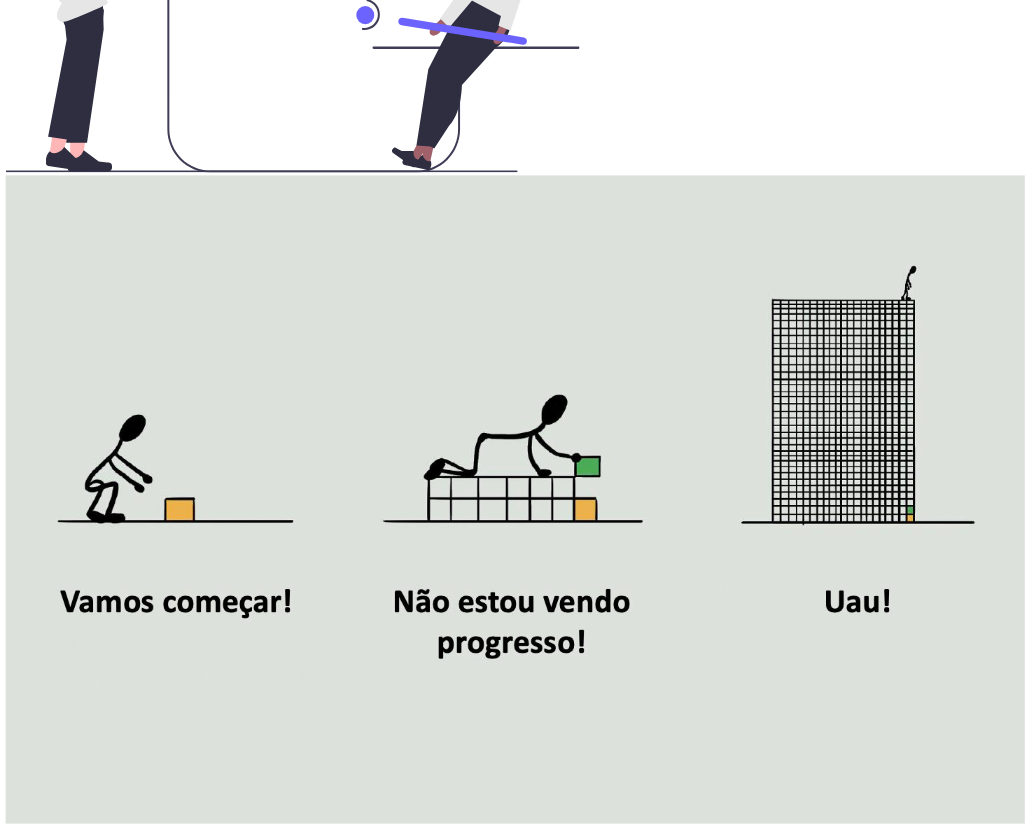
Repository: MarcioFreitasUFSC21/Proejct00
Page: ExampleSite/Assets/index2.html
These files come from the project's save history. The page is drawn as it stood at one moment and after a run of saves; the edit follows.
The browser window is 1280 px wide. The page is 1464 px wide, so the pictures cover 1464 px, including what lies to the right of the window. The pictures show the part of the page from y = 2402 to 4082 px (the page is 3590 px tall before and 4351 px after), at 70% of full size.

Above is the page before, as saved 2023-03-18 17:44:37.

After the next 2 saves:
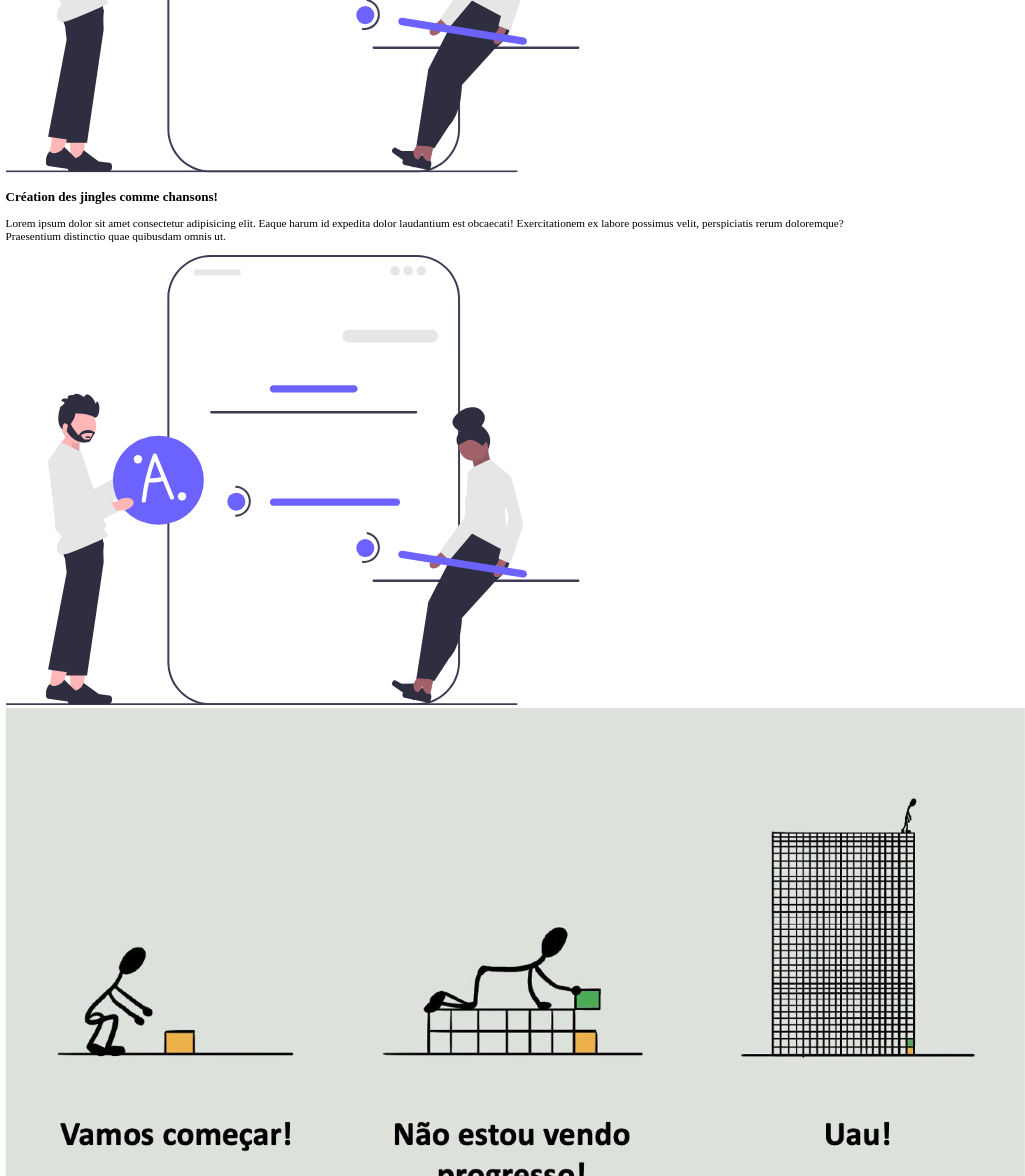
The 2 saves are shown as one change because they came seconds apart.
The last was saved 24 s later.
--- a/ExampleSite/Assets/index2.html
+++ b/ExampleSite/Assets/index2.html
@@ -50,7 +50,13 @@
                     <img src="Assets/img2/jingle.svg">
                 </div>
             </article>
-
+            <article>
+                <h3>Création des jingles comme chansons!</h3>
+                <p> Lorem ipsum dolor sit amet consectetur adipisicing elit. Eaque harum id expedita dolor laudantium est obcaecati! Exercitationem ex labore possimus velit, perspiciatis rerum doloremque? Praesentium distinctio quae quibusdam omnis ut.</p>
+                <div>
+                    <img src="Assets/img2/jingle.svg">
+                </div>
+            </article>
             <img src="Assets/img2/lesson.jpg">
         </div>
     </section>
